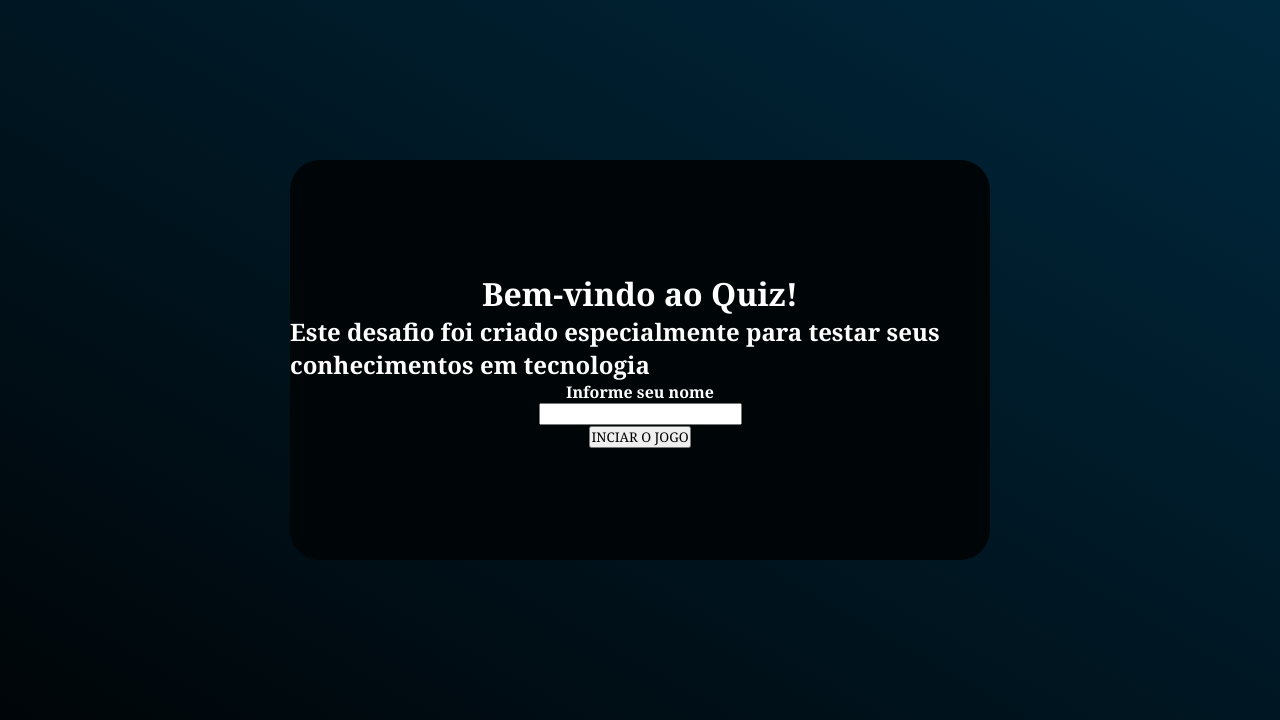
Repository: LaisSilvaO/Projeto-Quizz
Page: telas/apresentação.html
The author's editor kept a copy of each file at every save. The page is drawn from the files as they stood at one save, then again after the next save.
The browser window is 1280 px wide. The pictures show the whole page.

Above is the page before, as saved 2024-12-25 21:30:31.

After the next save:
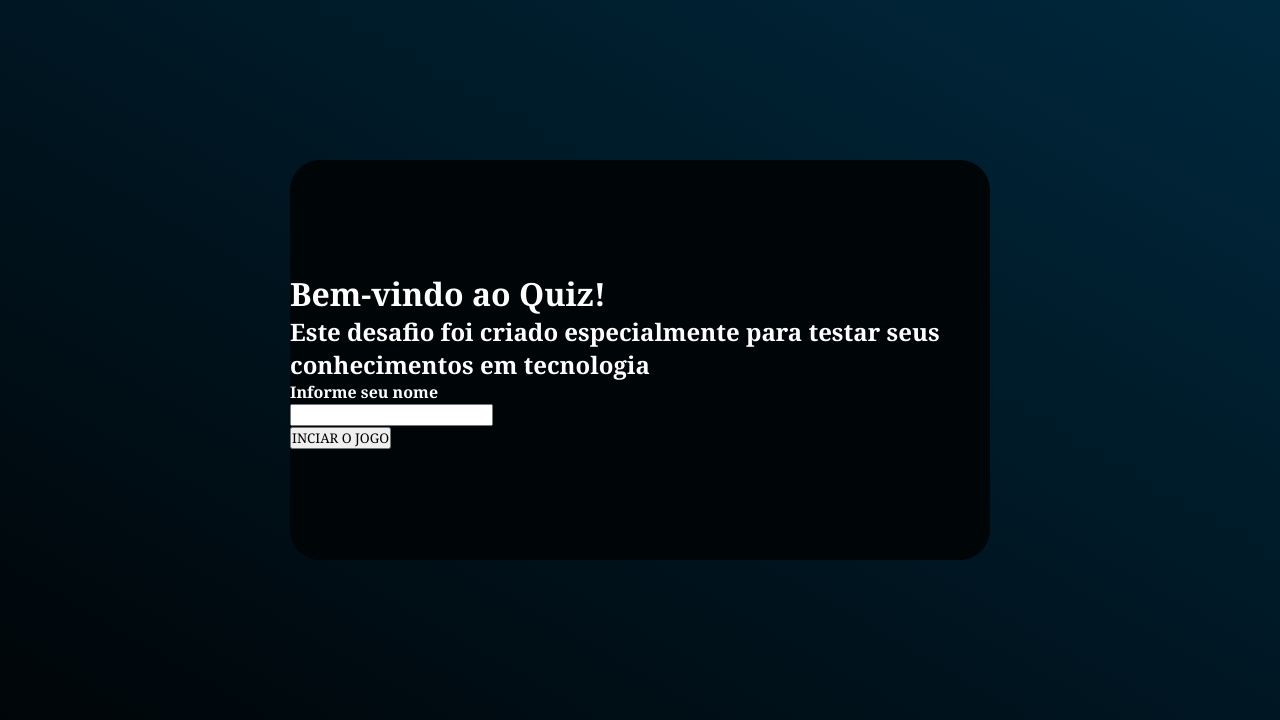
Saved 5 min 28 s later.
--- a/telas/apresentação.html
+++ b/telas/apresentação.html
@@ -11,17 +11,16 @@
 <body>
     <div class="box1">
         <div class="box2">
-            <H1> Bem-vindo ao Quiz!</H1>
+            <div>
+                <h1> Bem-vindo ao Quiz!</h1>
 
-            <h2>Este desafio foi criado especialmente para testar seus conhecimentos em tecnologia
-
-
-            </h2>
-            <h4>Informe seu nome </h4>
-            <input type="text" id="nome">
-            <A href="index.html">
-                <h4><button>INCIAR O JOGO</button></h4>
-            </A>
+                <h2>Este desafio foi criado especialmente para testar seus conhecimentos em tecnologia</h2>               </h2>
+                 <div><h4>Informe seu nome </h4></div>
+                <input type="text" id="nome">
+                <A href="index.html">
+                    <h4><button>INCIAR O JOGO</button></h4>
+                </A>
+            </div>
         </div>
     </div>
 
